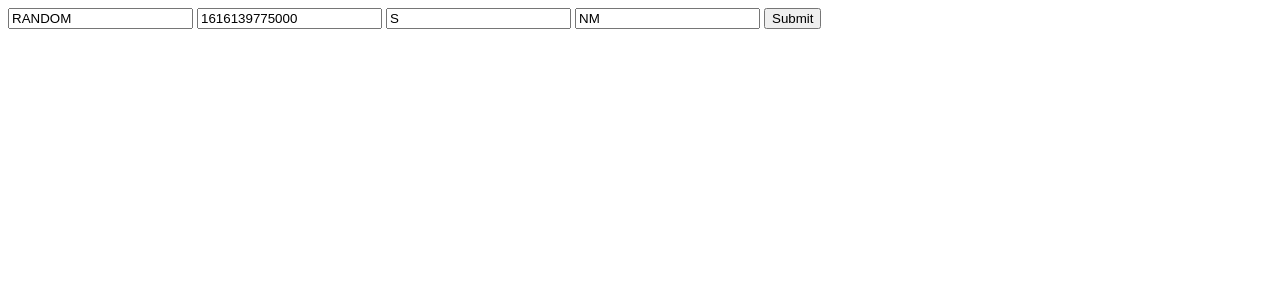
Repository: kchan75/kakaobank
Page: inserver/src/main/resources/static/index.html
These files come from the project's save history. The page is drawn as it stood at one moment and after a run of saves; the edit follows.
The browser window is 1280 px wide. The pictures show the whole page.

Above is the page before, as saved 2021-03-24 01:01:52.

After the next 2 saves:
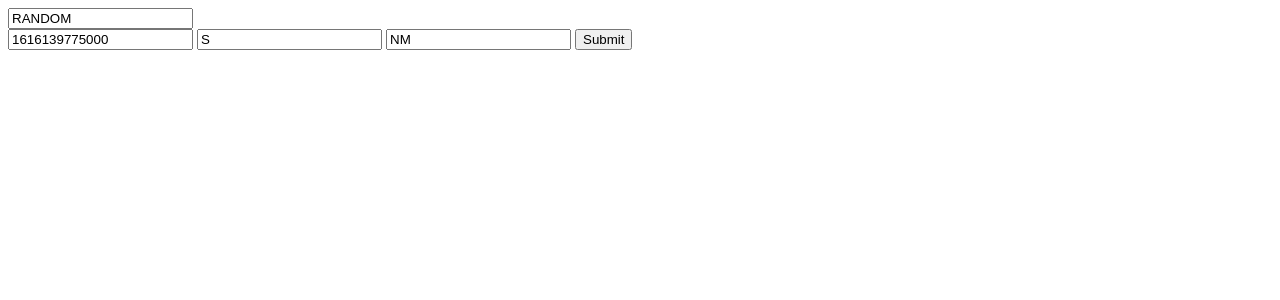
The 2 saves are shown as one change because they came seconds apart.
The last was saved 17 s later.
--- a/inserver/src/main/resources/static/index.html
+++ b/inserver/src/main/resources/static/index.html
@@ -13,7 +13,7 @@
 <body onload="time()">
 
 	<form id="formElem">
-		<input type="text" name="guid" value="RANDOM">
+		<input type="text" name="guid" value="RANDOM"><br/>
 		<input type="text" id="trxDatetim" >
 		<input type="text" name="requestType" value="S">
 		<input type="text" name="responseType" value="NM">
